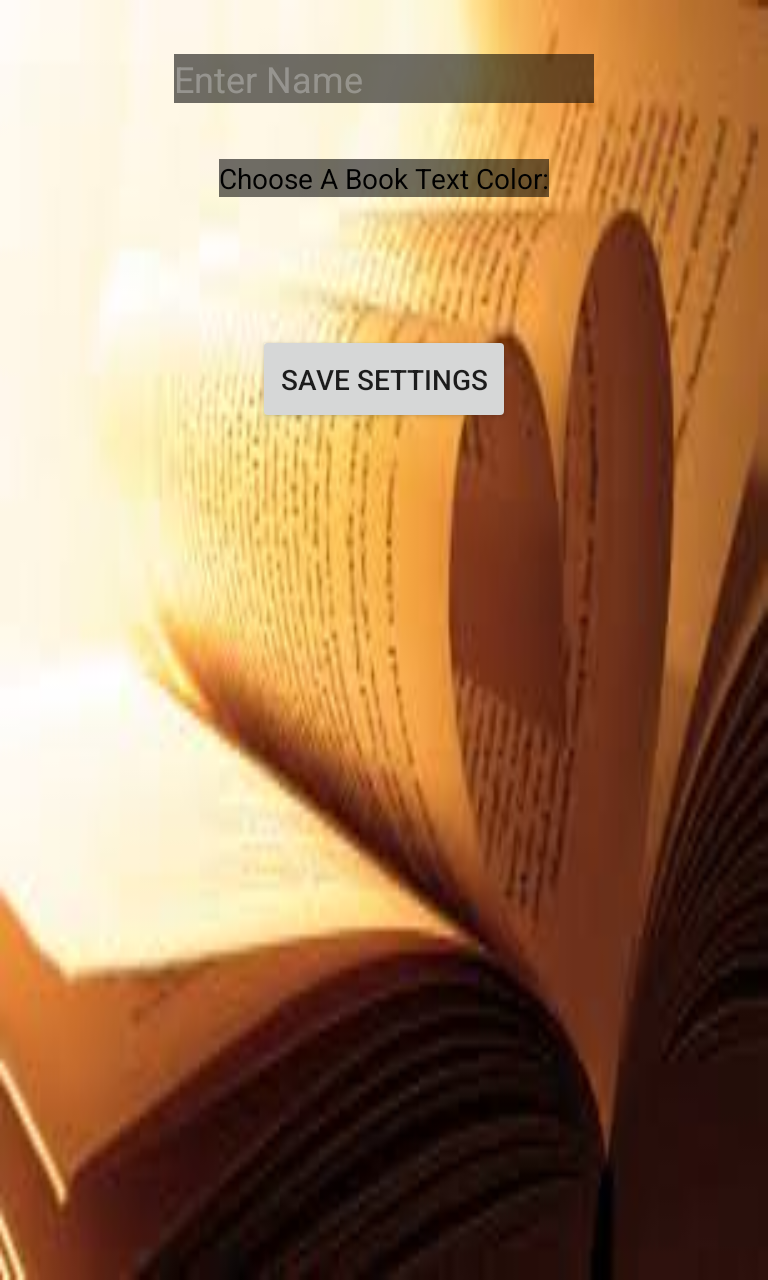
Repository: arianaantonio/MDF3_Antonio
Layout: Readable/res/layout/activity_main.xml
The author's editor kept a copy of each file at every save. The layout is drawn from the files as they stood at one save, then again after the next save.
It is drawn on a 768 x 1280 px phone screen (xhdpi) without system bars, with theme AppTheme; the app's code is not run. The app's manifest (not shown) leaves right-to-left support off. So textAlignment, textDirection and layoutDirection are ignored, and left and right values win over start and end ones.

Above is the layout before, as saved 2014-08-21 03:22:18.

### Readable/res/layout/activity_main.xml
<RelativeLayout xmlns:android="http://schemas.android.com/apk/res/android"
    xmlns:tools="http://schemas.android.com/tools"
    android:layout_width="match_parent"
    android:layout_height="match_parent"
    tools:context="${relativePackage}.${activityClass}"
    android:background="@drawable/images1" >

    <Button
        android:id="@+id/button1"
        android:layout_width="wrap_content"
        android:layout_height="wrap_content"
        android:layout_below="@+id/spinner1"
        android:layout_centerHorizontal="true"
        android:layout_marginTop="51dp"
        android:text="@string/button" />

    <EditText
        android:id="@+id/editText1"
        android:layout_width="wrap_content"
        android:layout_height="wrap_content"
        android:layout_alignParentTop="true"
        android:layout_centerHorizontal="true"
        android:layout_marginTop="27dp"
        android:background="@color/transparentBlack"
        android:ems="10"
        android:hint="@string/name"
        android:textColorHint="@color/lightgrey" />

    <TextView
        android:id="@+id/textView2"
        android:layout_width="wrap_content"
        android:layout_height="wrap_content"
        android:layout_below="@+id/editText1"
        android:layout_centerHorizontal="true"
        android:layout_marginTop="28dp"
        android:background="@color/transparentBlack"
        android:text="@string/backgroundColor"
        android:textColor="@color/black"
        android:textColorHint="@color/black" />

    <Spinner
        android:id="@+id/spinner1"
        android:layout_width="wrap_content"
        android:layout_height="wrap_content"
        android:layout_alignParentLeft="true"
        android:layout_below="@+id/textView2"
        android:layout_marginTop="16dp"
        android:background="@color/transparentBlack"
        android:gravity="center"
        android:textAlignment="center" />

</RelativeLayout>

### Readable/res/values/strings.xml
<?xml version="1.0" encoding="utf-8"?>
<resources>

    <string name="app_name">Readable</string>
    <string name="username">Enter Your Name:</string>
    <string name="nextBook">Next Book:</string>
    <color name="lavender">#50cba1e6</color>
    <string name="backgroundColor">Choose A Book Text Color:</string>
    <string name="button">Save Settings</string>
    <dimen name="widget_margin">8dp</dimen>
    <string name="widget_button">Book Details On Amazon</string>
    <string name="detailactivity">Book Details</string>
    <color name="black">#000000</color>
    <string name="name">Enter Name</string>
    <color name="lightgrey">#65D3D3D3</color>
    <color name="transparentBlack">#90000000</color>

</resources>

Loaded but not shown: Readable/res/values/styles.xml (common file); Readable/res/values-v11/styles.xml (common file); Readable/res/values-v14/styles.xml (common file)

After the next save:
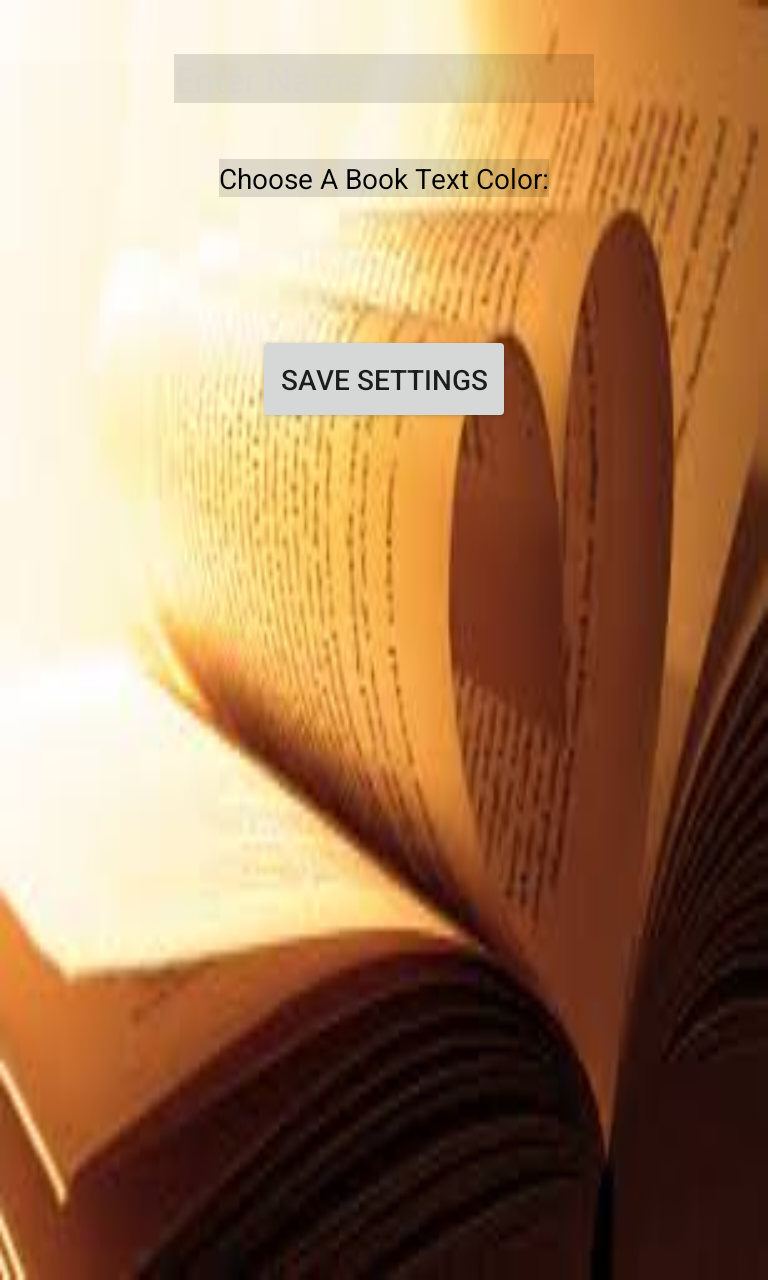
Saved 27 s later.
--- a/Readable/res/values/strings.xml
+++ b/Readable/res/values/strings.xml
@@ -13,6 +13,6 @@
     <color name="black">#000000</color>
     <string name="name">Enter Name</string>
     <color name="lightgrey">#65D3D3D3</color>
-    <color name="transparentBlack">#90000000</color>
+    <color name="transparentBlack">#20000000</color>
 
 </resources>
